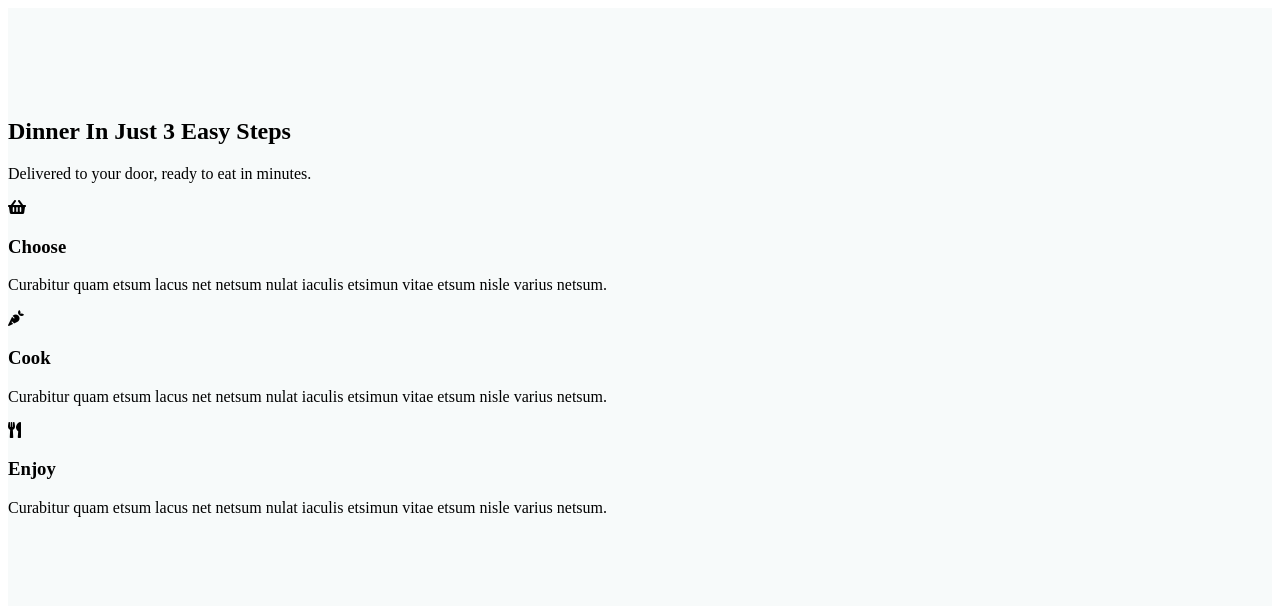
Repository: ST-United-Internship/leadpage
Page: wrapper-UI.html
An editor plug-in stored every save of this project. The page is shown before and after the next save, followed by the edit.
The browser window is 1280 px wide. The pictures show the whole page.

Above is the page before, as saved 2023-03-15 14:26:33.

### wrapper-UI.html
<!DOCTYPE html>
<html lang="en">
<head>
    <meta charset="UTF-8">
    <meta http-equiv="X-UA-Compatible" content="IE=edge">
    <meta name="viewport" content="width=device-width, initial-scale=1.0">
    <title>Document</title>
    <link rel="stylesheet" href="css/card-UI.css">
    <link rel="stylesheet" href="css/common.css">
    <link rel="stylesheet" href="https://use.fontawesome.com/releases/v5.15.4/css/all.css" integrity="sha384-DyZ88mC6Up2uqS4h/KRgHuoeGwBcD4Ng9SiP4dIRy0EXTlnuz47vAwmeGwVChigm" crossorigin="anonymous"/>
</head>
<body>
    <section>
        <div class="about">
            <div class="title-text">
              <div class="columm">
                <h2>Dinner In Just 3 Easy Steps</h2>
                <p>Delivered to your door, ready to eat in minutes.</p>
              </div>
            </div>
            <div class="card-container">
                <div class="card-title">
                    <div class="card-wrapper">
                        <i class="fas fa-shopping-basket"></i>
                        <h3>Choose</h3>
                        <p>Curabitur quam etsum lacus net netsum nulat iaculis etsimun vitae etsum nisle varius netsum.</p>
                    </div>
                    <div class="card-wrapper">
                        <i class="fas fa-carrot"></i>
                        <h3>Cook</h3>
                        <p>Curabitur quam etsum lacus net netsum nulat iaculis etsimun vitae etsum nisle varius netsum.</p>
                    </div>
                    <div class="card-wrapper">
                        <i class="fas fa-utensils"></i>
                        <h3>Enjoy</h3>
                        <p>Curabitur quam etsum lacus net netsum nulat iaculis etsimun vitae etsum nisle varius netsum.</p>
                    </div>
                </div>
                <div></div>
                <div></div>
            </div>
        </div>
    </section>
</body>
</html>

### css/card-UI.css
section{
    background: #f7fafa;
    padding: 90px 0 100px 0;
}

.about{
    background-color: #f7fafa;
}

### css/common.css
.container {
  max-width: 80%;
  margin: auto;
  border: 1px solid blue;
}
.card {
  width: 400px;
}
.space-vertical {
  padding: 20px 0;
}

.space-horizontal {
  padding: 0 20px;
}

*,
**,
*::before,
*::after {
  box-sizing: border-box;
}

After the next save:
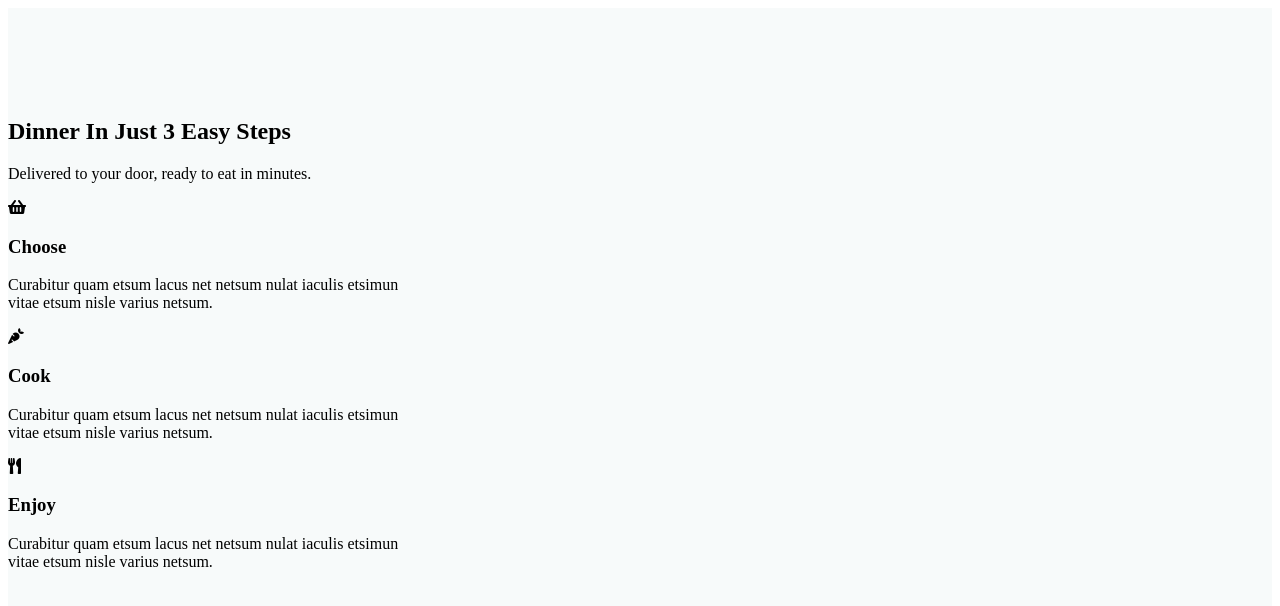
Saved 3 min 13 s later.
--- a/wrapper-UI.html
+++ b/wrapper-UI.html
@@ -11,9 +11,9 @@
 </head>
 <body>
     <section>
-        <div class="about">
-            <div class="title-text">
-              <div class="columm">
+        <div class="card">
+            <div class="columm">
+              <div class="title-text">
                 <h2>Dinner In Just 3 Easy Steps</h2>
                 <p>Delivered to your door, ready to eat in minutes.</p>
               </div>
